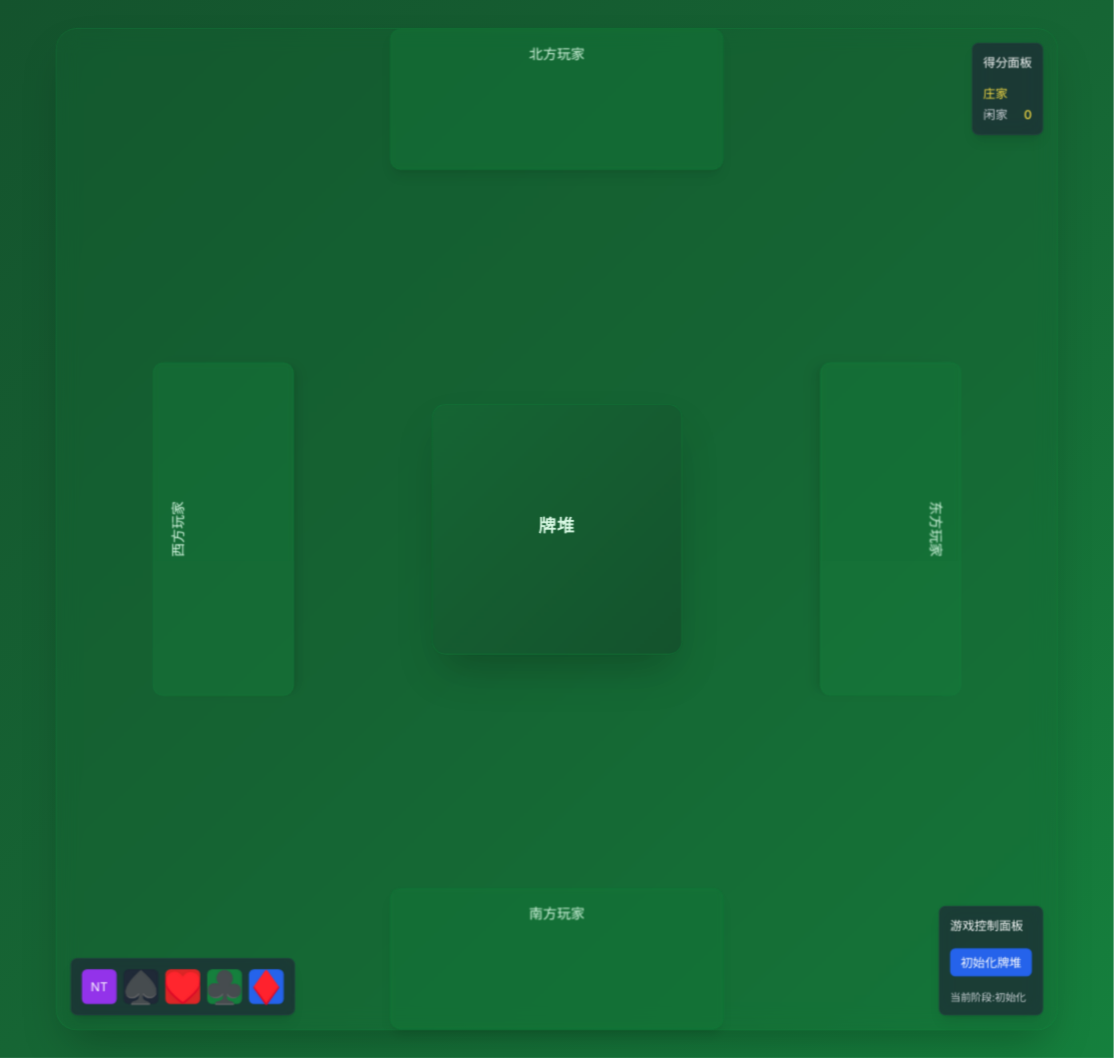
Repository: laofansay/Tractor80
Page: /
These files come from the project's save history. The page is drawn as it stood at one moment and after the next save; the edit follows.
The browser window is 1280 px wide. The pictures show the whole page, at 87% of full size.
The project was rebuilt for these pictures with package versions that can differ from the ones it lists, and the page was loaded fresh each time. The framework's server and built-in components were replaced by stand-ins that run in the browser. Also part of the build but not shown: next.config.js, app/components/Card.tsx.

Above is the page before, as saved 2025-03-09 00:17:50.

### app/layout.tsx
import type { Metadata } from 'next'
import { Inter } from 'next/font/google'
import './globals.css'

const inter = Inter({ subsets: ['latin'] })

export const metadata: Metadata = {
  title: 'Card Game',
  description: 'A Next.js Card Game Application',
}

export default function RootLayout({
  children,
}: {
  children: React.ReactNode
}) {
  return (
    <html lang="en">
      <body className={inter.className}>{children}</body>
    </html>
  )
}

### app/globals.css
@tailwind base;
@tailwind components;
@tailwind utilities;

:root {
  --foreground-rgb: 0, 0, 0;
  --background-start-rgb: 214, 219, 220;
  --background-end-rgb: 255, 255, 255;
}

@media (prefers-color-scheme: dark) {
  :root {
    --foreground-rgb: 255, 255, 255;
    --background-start-rgb: 0, 0, 0;
    --background-end-rgb: 0, 0, 0;
  }
}

body {
  color: rgb(var(--foreground-rgb));
  background: linear-gradient(
    to bottom,
    transparent,
    rgb(var(--background-end-rgb))
  )
  rgb(var(--background-start-rgb));
}

### app/components/AdminPanel.tsx
'use client';

import { useState } from 'react';
import { Card } from './Card';

type GamePhase = 'initial' | 'dealing' | 'trumpSelection' | 'pickBottomCards' | 'bottomCards' | 'playing';
type Position = 'north' | 'east' | 'south' | 'west';

type AdminPanelProps = {
    onInitialize: () => void;
    onDeal: () => void;
    onPickBottomCards: () => void;
    onBottomCards: () => void;
    onStartPlaying: () => void;
    gamePhase: GamePhase;
    deckLength: number;
    bottomCardsLength: number;
    lastRound?: Record<Position, string[]>;
    roundCount?: number;
};

export function AdminPanel({
    onInitialize,
    onDeal,
    onPickBottomCards,
    onBottomCards,
    onStartPlaying,
    gamePhase,
    deckLength,
    bottomCardsLength,
    lastRound = { north: [], east: [], south: [], west: [] },
    roundCount = 0
}: AdminPanelProps) {

    return (
        <div className="absolute bottom-4 right-4 p-3 bg-gray-800/70 rounded-lg backdrop-blur-md border border-gray-700/50 shadow-lg">
            <div className="flex flex-col gap-2">
                <div className="text-white text-sm mb-2 font-medium">游戏控制面板</div>

                {(gamePhase === 'initial' || gamePhase === 'playing') && (
                    <button
                        onClick={onInitialize}
                        className="px-3 py-1.5 bg-blue-600 hover:bg-blue-500 text-white rounded-md transition-colors text-sm"
                    >
                        {gamePhase === 'playing' ? '重新开始' : '初始化牌堆'}
                    </button>
                )}

                {gamePhase === 'initial' && deckLength > 0 && (
                    <button
                        onClick={onDeal}
                        className="px-3 py-1.5 bg-green-600 hover:bg-green-500 text-white rounded-md transition-colors text-sm"
                    >
                        开始发牌
                    </button>
                )}

                {gamePhase === 'pickBottomCards' && (
                    <button
                        onClick={onPickBottomCards}
                        className="px-3 py-1.5 bg-yellow-600 hover:bg-yellow-500 text-white rounded-md transition-colors text-sm"
                    >
                        庄家拾底
                    </button>
                )}

                {gamePhase === 'bottomCards' && (
                    <button
                        onClick={onBottomCards}
                        className="px-3 py-1.5 bg-yellow-600 hover:bg-yellow-500 text-white rounded-md transition-colors text-sm"
                    >
                        庄家扣底
                    </button>
                )}

                {gamePhase === 'bottomCards' && (
                    <button
                        onClick={onStartPlaying}
                        className="px-3 py-1.5 bg-red-600 hover:bg-red-500 text-white rounded-md transition-colors text-sm"
                    >
                        开始出牌
                    </button>
                )}

                <div className="text-gray-300 text-xs mt-2">
                    当前阶段:
                    {gamePhase === 'initial' && '初始化'}
                    {gamePhase === 'dealing' && '发牌中'}
                    {gamePhase === 'trumpSelection' && '亮主阶段'}
                    {gamePhase === 'pickBottomCards' && '庄家拾底'}
                    {gamePhase === 'bottomCards' && '庄家扣底'}
                    {gamePhase === 'playing' && '出牌阶段'}
                </div>
            </div>
        </div>
    );
}

### app/components/SoundEffect.tsx
'use client';

import { audioManager } from './AudioManager';

export class SoundEffect {
    static #instance;

    constructor() {
        // 私有构造函数，确保单例模式
    }

    public static getInstance(): SoundEffect {
        if (!SoundEffect.#instance) {
            SoundEffect.#instance = new SoundEffect();
        }
        return SoundEffect.#instance;
    }

    /**
     * 预加载音效
     * @param soundId 音效ID
     * @param soundPath 音效文件路径
     * @param fallbackSoundPath 备用音效路径（可选）
     */
    public preloadSound(soundId: string, soundPath: string, fallbackSoundPath?: string): void {
        if (typeof window === 'undefined') return; // 服务器端不执行

        // 使用AudioManager来处理音频加载
        audioManager.preloadSound(soundId, soundPath, fallbackSoundPath);
    }

    /**
     * 播放音效
     * @param soundId 音效ID
     * @returns 是否成功播放
     */
    public playSound(soundId: string): boolean {
        if (typeof window === 'undefined') return false; // 服务器端不执行

        // 使用AudioManager来处理音频播放
        return audioManager.playSound(soundId);
    }

    /**
     * 停止播放音效
     * @param soundId 音效ID
     */
    public stopSound(soundId: string): void {
        if (typeof window === 'undefined') return; // 服务器端不执行

        // 使用AudioManager来处理音频停止
        audioManager.stopSound(soundId);
    }

    /**
     * 检查音效是否已加载并可以播放
     * @param soundId 音效ID
     * @returns 是否可以播放
     */
    public canPlaySound(soundId: string): boolean {
        if (typeof window === 'undefined') return false; // 服务器端不执行

        // 使用AudioManager来检查音频是否可以播放
        return audioManager.canPlaySound(soundId);
    }

    /**
     * 启用或禁用所有音效
     * @param enabled 是否启用音效
     */
    public setAudioEnabled(enabled: boolean): void {
        audioManager.setAudioEnabled(enabled);
    }

    /**
     * 获取音效是否启用
     * @returns 音效是否启用
     */
    public isAudioEnabled(): boolean {
        return audioManager.isAudioEnabled();
    }
}

// 导出单例实例
export const soundEffect = SoundEffect.getInstance();

### app/components/ScorePanel.tsx
import React from 'react';

interface ScorePanelProps {
  scores: {
    north: number;
    east: number;
    south: number;
    west: number;
  };
  dealerPosition: Position;
}

type Position = 'north' | 'east' | 'south' | 'west';

export function ScorePanel({ scores, dealerPosition }: ScorePanelProps) {
  // 计算庄家和闲家的总分
  const dealerScore = scores[dealerPosition];
  const nonDealerScore = Object.entries(scores)
    .filter(([position]) => position !== dealerPosition)
    .reduce((total, [_, score]) => total + score, 0);

  return (
    <div className="absolute top-4 right-4 p-3 bg-gray-800/70 rounded-lg backdrop-blur-md border border-gray-700/50 shadow-lg">
      <div className="flex flex-col gap-2">
        <div className="text-white text-sm mb-2 font-medium">得分面板</div>
        <div className="space-y-1">
          <div className="flex justify-between text-sm">
            <span className="text-yellow-300">庄家</span>
            <span className="text-yellow-300 font-medium ml-4">{dealerScore}</span>
          </div>
          <div className="flex justify-between text-sm">
            <span className="text-gray-300">闲家</span>
            <span className="text-yellow-300 font-medium ml-4">{nonDealerScore}</span>
          </div>
        </div>
      </div>
    </div>
  );
}

### app/components/TrumpSelectionPanel.tsx
'use client';

import React from 'react';

type TrumpSelectionPanelProps = {
  onSelectTrump: (trumpSuit: string | null) => void;
  gamePhase: string;
};

export function TrumpSelectionPanel({ onSelectTrump, gamePhase }: TrumpSelectionPanelProps) {
  // 只在亮主阶段显示
  if (gamePhase !== 'trumpSelection') {
    //return null;
  }

  return (
    <div className="absolute bottom-4 left-4 p-3 bg-gray-800/70 rounded-lg backdrop-blur-md border border-gray-700/50 shadow-lg">
      <div className="flex flex-row gap-2">
        <button
          onClick={() => onSelectTrump(null)}
          className="w-10 h-10 bg-purple-600 hover:bg-purple-500 text-white rounded-md transition-colors text-sm flex items-center justify-center"
          title="无主"
        >
          NT
        </button>
        <button
          onClick={() => onSelectTrump('S')}
          className="w-10 h-10 bg-gray-800 hover:bg-gray-700 text-white rounded-md transition-colors text-4xl flex items-center justify-center"
          title="黑桃"
        >
          ♠️
        </button>
        <button
          onClick={() => onSelectTrump('H')}
          className="w-10 h-10 bg-red-600 hover:bg-red-500 text-white rounded-md transition-colors text-4xl flex items-center justify-center"
          title="红桃"
        >
          ♥️
        </button>
        <button
          onClick={() => onSelectTrump('C')}
          className="w-10 h-10 bg-green-700 hover:bg-green-600 text-white rounded-md transition-colors text-4xl flex items-center justify-center"
          title="梅花"
        >
          ♣️
        </button>
        <button
          onClick={() => onSelectTrump('D')}
          className="w-10 h-10 bg-blue-600 hover:bg-blue-500 text-white rounded-md transition-colors text-4xl flex items-center justify-center"
          title="方块"
        >
          ♦️
        </button>
      </div>
    </div>
  );
}

Loaded but not shown: tailwind.config.js (19 lines, source omitted); app/page.tsx (581 lines, source omitted); app/components/CardArea.tsx (205 lines, source omitted); app/components/AudioManager.tsx (243 lines, source omitted)

After the next save:
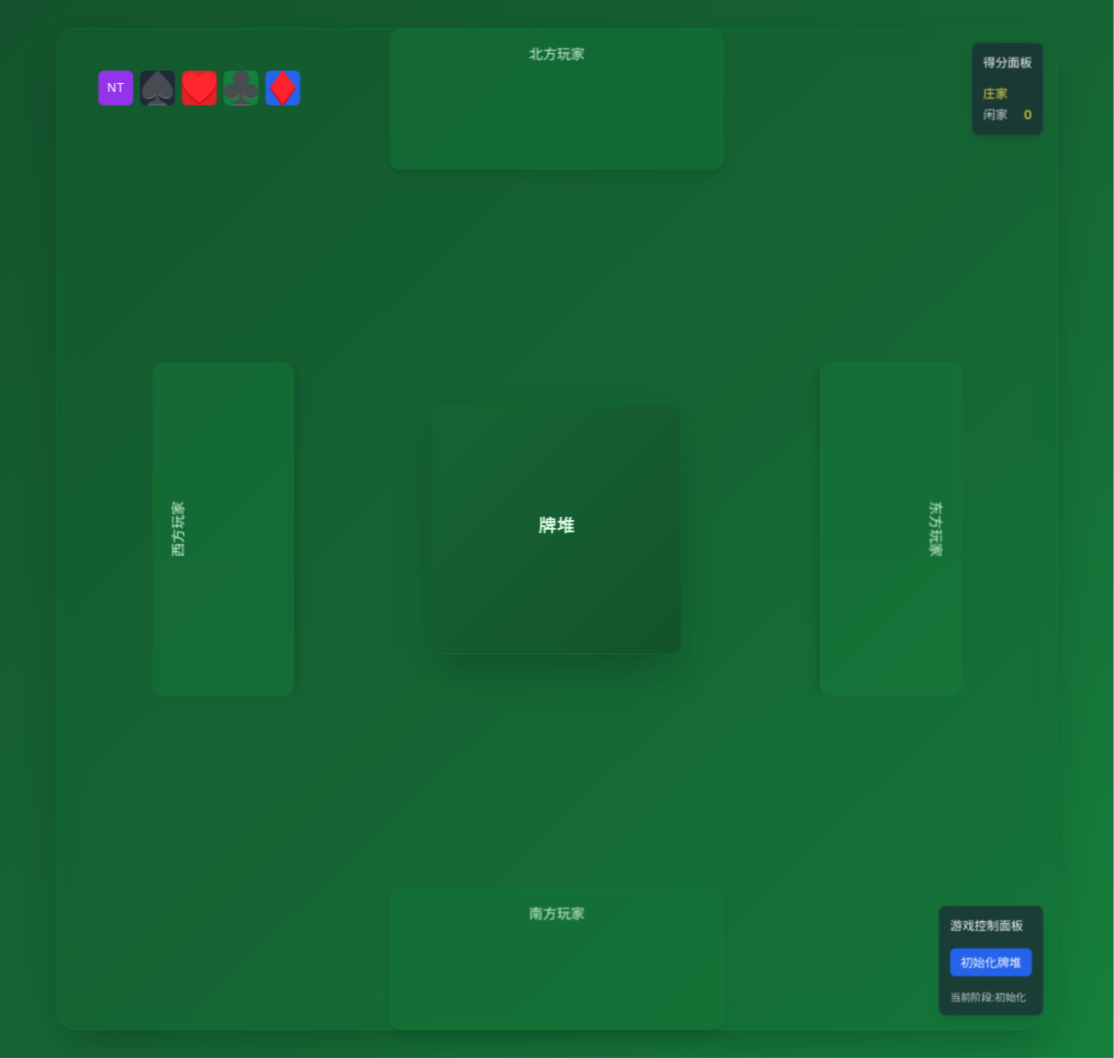
Saved 3 min 3 s later.
--- a/app/components/TrumpSelectionPanel.tsx
+++ b/app/components/TrumpSelectionPanel.tsx
@@ -14,44 +14,42 @@
   }
 
   return (
-    <div className="absolute bottom-4 left-4 p-3 bg-gray-800/70 rounded-lg backdrop-blur-md border border-gray-700/50 shadow-lg">
-      <div className="flex flex-row gap-2">
-        <button
-          onClick={() => onSelectTrump(null)}
-          className="w-10 h-10 bg-purple-600 hover:bg-purple-500 text-white rounded-md transition-colors text-sm flex items-center justify-center"
-          title="无主"
-        >
-          NT
-        </button>
-        <button
-          onClick={() => onSelectTrump('S')}
-          className="w-10 h-10 bg-gray-800 hover:bg-gray-700 text-white rounded-md transition-colors text-4xl flex items-center justify-center"
-          title="黑桃"
-        >
-          ♠️
-        </button>
-        <button
-          onClick={() => onSelectTrump('H')}
-          className="w-10 h-10 bg-red-600 hover:bg-red-500 text-white rounded-md transition-colors text-4xl flex items-center justify-center"
-          title="红桃"
-        >
-          ♥️
-        </button>
-        <button
-          onClick={() => onSelectTrump('C')}
-          className="w-10 h-10 bg-green-700 hover:bg-green-600 text-white rounded-md transition-colors text-4xl flex items-center justify-center"
-          title="梅花"
-        >
-          ♣️
-        </button>
-        <button
-          onClick={() => onSelectTrump('D')}
-          className="w-10 h-10 bg-blue-600 hover:bg-blue-500 text-white rounded-md transition-colors text-4xl flex items-center justify-center"
-          title="方块"
-        >
-          ♦️
-        </button>
-      </div>
+    <div className="flex flex-row gap-2">
+      <button
+        onClick={() => onSelectTrump(null)}
+        className="w-10 h-10 bg-purple-600 hover:bg-purple-500 text-white rounded-md transition-colors text-sm flex items-center justify-center"
+        title="无主"
+      >
+        NT
+      </button>
+      <button
+        onClick={() => onSelectTrump('S')}
+        className="w-10 h-10 bg-gray-800 hover:bg-gray-700 text-white rounded-md transition-colors text-4xl flex items-center justify-center"
+        title="黑桃"
+      >
+        ♠️
+      </button>
+      <button
+        onClick={() => onSelectTrump('H')}
+        className="w-10 h-10 bg-red-600 hover:bg-red-500 text-white rounded-md transition-colors text-4xl flex items-center justify-center"
+        title="红桃"
+      >
+        ♥️
+      </button>
+      <button
+        onClick={() => onSelectTrump('C')}
+        className="w-10 h-10 bg-green-700 hover:bg-green-600 text-white rounded-md transition-colors text-4xl flex items-center justify-center"
+        title="梅花"
+      >
+        ♣️
+      </button>
+      <button
+        onClick={() => onSelectTrump('D')}
+        className="w-10 h-10 bg-blue-600 hover:bg-blue-500 text-white rounded-md transition-colors text-4xl flex items-center justify-center"
+        title="方块"
+      >
+        ♦️
+      </button>
     </div>
   );
 }

After the save that followed:
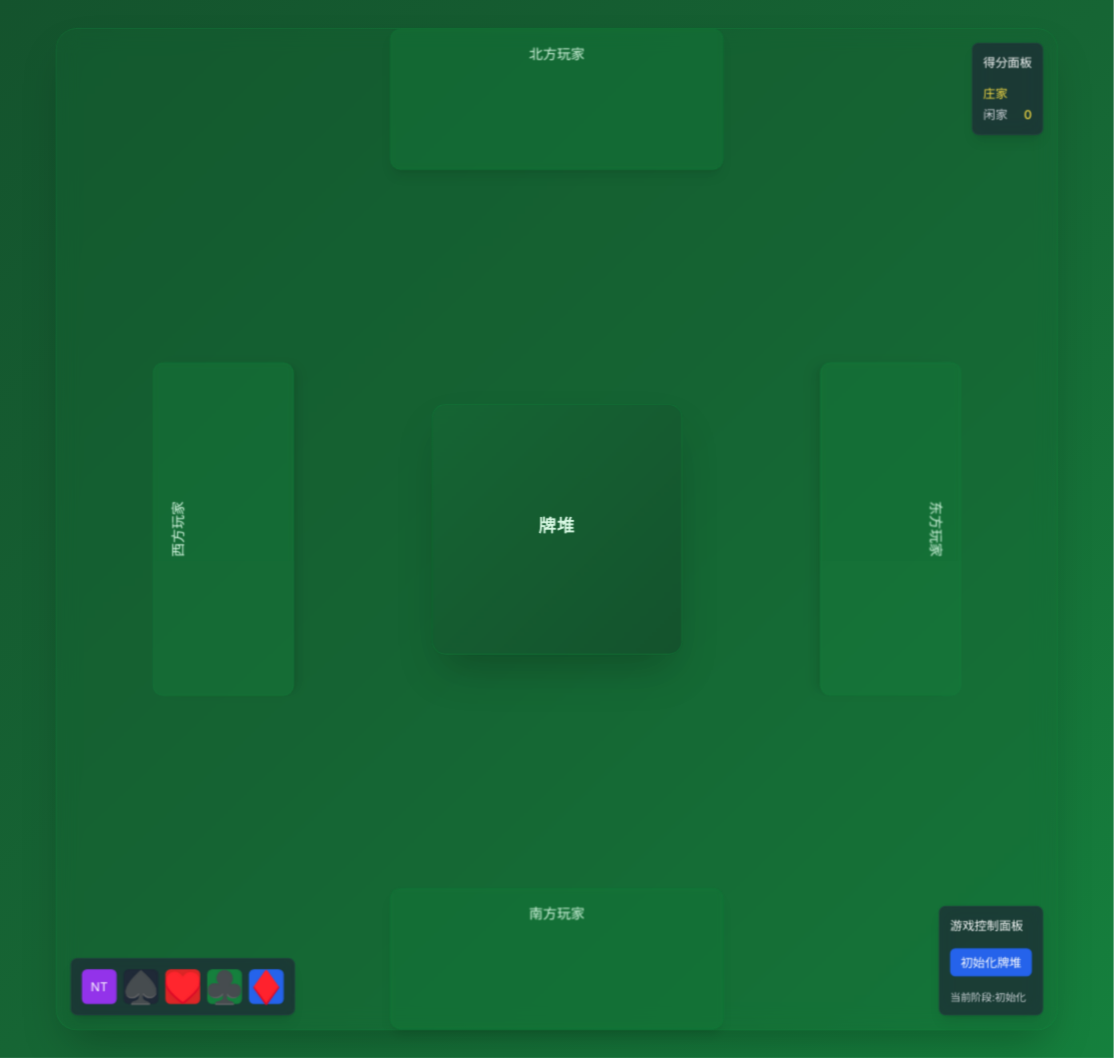
Saved 17 s later.
--- a/app/components/TrumpSelectionPanel.tsx
+++ b/app/components/TrumpSelectionPanel.tsx
@@ -14,42 +14,44 @@
   }
 
   return (
-    <div className="flex flex-row gap-2">
-      <button
-        onClick={() => onSelectTrump(null)}
-        className="w-10 h-10 bg-purple-600 hover:bg-purple-500 text-white rounded-md transition-colors text-sm flex items-center justify-center"
-        title="无主"
-      >
-        NT
-      </button>
-      <button
-        onClick={() => onSelectTrump('S')}
-        className="w-10 h-10 bg-gray-800 hover:bg-gray-700 text-white rounded-md transition-colors text-4xl flex items-center justify-center"
-        title="黑桃"
-      >
-        ♠️
-      </button>
-      <button
-        onClick={() => onSelectTrump('H')}
-        className="w-10 h-10 bg-red-600 hover:bg-red-500 text-white rounded-md transition-colors text-4xl flex items-center justify-center"
-        title="红桃"
-      >
-        ♥️
-      </button>
-      <button
-        onClick={() => onSelectTrump('C')}
-        className="w-10 h-10 bg-green-700 hover:bg-green-600 text-white rounded-md transition-colors text-4xl flex items-center justify-center"
-        title="梅花"
-      >
-        ♣️
-      </button>
-      <button
-        onClick={() => onSelectTrump('D')}
-        className="w-10 h-10 bg-blue-600 hover:bg-blue-500 text-white rounded-md transition-colors text-4xl flex items-center justify-center"
-        title="方块"
-      >
-        ♦️
-      </button>
+    <div className="absolute bottom-4 left-4 p-3 bg-gray-800/70 rounded-lg backdrop-blur-md border border-gray-700/50 shadow-lg">
+      <div className="flex flex-row gap-2">
+        <button
+          onClick={() => onSelectTrump(null)}
+          className="w-10 h-10 bg-purple-600 hover:bg-purple-500 text-white rounded-md transition-colors text-sm flex items-center justify-center"
+          title="无主"
+        >
+          NT
+        </button>
+        <button
+          onClick={() => onSelectTrump('S')}
+          className="w-10 h-10 bg-gray-800 hover:bg-gray-700 text-white rounded-md transition-colors text-4xl flex items-center justify-center"
+          title="黑桃"
+        >
+          ♠️
+        </button>
+        <button
+          onClick={() => onSelectTrump('H')}
+          className="w-10 h-10 bg-red-600 hover:bg-red-500 text-white rounded-md transition-colors text-4xl flex items-center justify-center"
+          title="红桃"
+        >
+          ♥️
+        </button>
+        <button
+          onClick={() => onSelectTrump('C')}
+          className="w-10 h-10 bg-green-700 hover:bg-green-600 text-white rounded-md transition-colors text-4xl flex items-center justify-center"
+          title="梅花"
+        >
+          ♣️
+        </button>
+        <button
+          onClick={() => onSelectTrump('D')}
+          className="w-10 h-10 bg-blue-600 hover:bg-blue-500 text-white rounded-md transition-colors text-4xl flex items-center justify-center"
+          title="方块"
+        >
+          ♦️
+        </button>
+      </div>
     </div>
   );
 }
